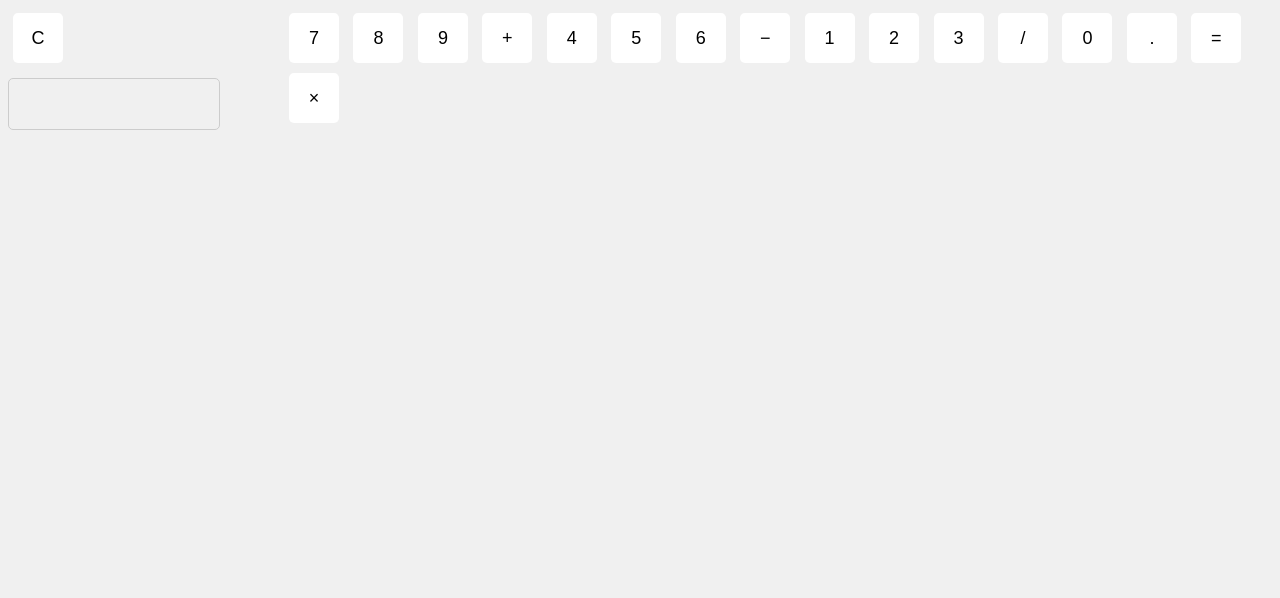
Repository: Burnmyheart/calculator
Page: index.html
An editor plug-in stored every save of this project. The page is shown before and after the next save, followed by the edit.
The browser window is 1280 px wide. The pictures show the whole page.

Above is the page before, as saved 2025-04-28 18:46:48.

### index.html
<!DOCTYPE html>
<html lang="en">
  <head>
    <meta charset="UTF-8" />
    <meta name="viewport" content="width=device-width, initial-scale=1.0" />
    <title>Калькулятор</title>
    <link rel="stylesheet" href="style.css" />
  </head>
  <body>
    <div class="calculator">
      <div class="display-container">
        <button class="button clear" onclick="clearOutput()">C</button>
        <input type="text" id="display" disabled />
      </div>

      <div class="buttons-grid">
        <button class="button" onclick="appendNumber('7')">7</button>
        <button class="button" onclick="appendNumber('8')">8</button>
        <button class="button" onclick="appendNumber('9')">9</button>
        <button class="button operator" onclick="appendOperator('+')">+</button>

        <button class="button" onclick="appendNumber('4')">4</button>
        <button class="button" onclick="appendNumber('5')">5</button>
        <button class="button" onclick="appendNumber('6')">6</button>
        <button class="button operator" onclick="appendOperator('-')">−</button>

        <button class="button" onclick="appendNumber('1')">1</button>
        <button class="button" onclick="appendNumber('2')">2</button>
        <button class="button" onclick="appendNumber('3')">3</button>
        <button class="button operator" onclick="appendOperator('/')">/</button>

        <button class="button" onclick="appendNumber('0')">0</button>
        <button class="button" onclick="appendNumber('.')">.</button>
        <button class="button equals" onclick="calculate()">=</button>
        <button class="button operator" onclick="appendOperator('*')">×</button>
      </div>
    </div>
    <script src="script.js"></script>
  </body>
</html>

### style.css
body {
  display: flex;
  flex-direction: column;
  align-items: center;
  font-family: Arial, sans-serif;
  background-color: #f0f0f0;
}

h1 {
  color: #333;
  margin: 20px 0;
}

#display {
  width: 200px;
  height: 40px;
  margin: 10px 0;
  font-size: 20px;
  text-align: right;
  padding: 5px;
  border: 1px solid #ccc;
  border-radius: 5px;
}

.calculator {
  display: flex;
  gap: 10px;
}

.numbers,
.operations {
  display: flex;
  flex-direction: column;
}

.button {
  width: 50px;
  height: 50px;
  margin: 5px;
  font-size: 18px;
  border: none;
  border-radius: 5px;
  background-color: #fff;
  cursor: pointer;
  transition: background-color 0.2s;
}

.button:hover {
  background-color: #e0e0e0;
}

.button:active {
  background-color: #d0d0d0;
}

### script.js
let display = document.getElementById("display");
let currentInput = "";
let firstNumber = null;
let operator = null;
let newNumber = true;

function appendNumber(num) {
  if (newNumber) {
    display.value = num;
    newNumber = false;
  } else {
    display.value += num;
  }
  currentInput = display.value;
}

function appendOperator(op) {
  if (firstNumber === null) {
    firstNumber = parseFloat(currentInput);
  } else if (!newNumber) {
    calculate();
  }
  operator = op;
  newNumber = true;
}

function calculate() {
  if (operator === null || newNumber) return;

  let secondNumber = parseFloat(currentInput);
  let result;

  switch (operator) {
    case "+":
      result = firstNumber + secondNumber;
      break;
    case "-":
      result = firstNumber - secondNumber;
      break;
    case "*":
      result = firstNumber * secondNumber;
      break;
    case "/":
      if (secondNumber === 0) {
        display.value = "Error";
        return;
      }
      result = firstNumber / secondNumber;
      break;
  }

  display.value = result;
  firstNumber = result;
  newNumber = true;
}

function clearOutput() {
  display.value = "";
  currentInput = "";
  firstNumber = null;
  operator = null;
  newNumber = true;
}

After the next save:
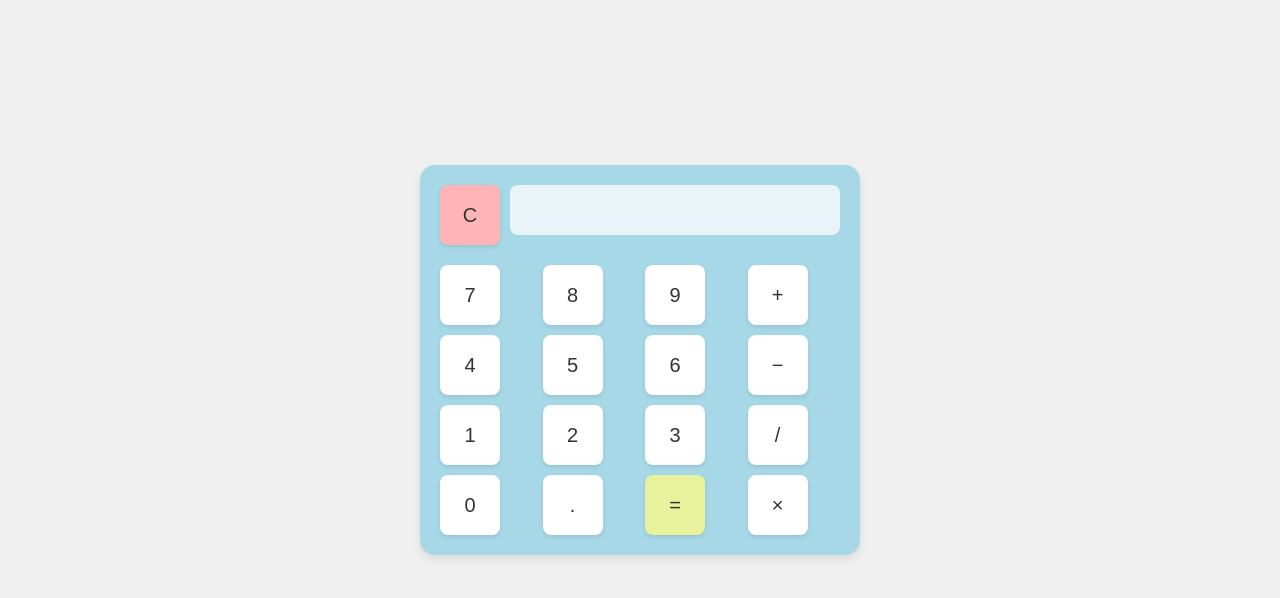
Saved 29 s later.
--- a/style.css
+++ b/style.css
@@ -1,9 +1,11 @@
 body {
   display: flex;
-  flex-direction: column;
+  justify-content: center;
   align-items: center;
+  min-height: 100vh;
+  margin: 0;
+  background-color: #f0f0f0;
   font-family: Arial, sans-serif;
-  background-color: #f0f0f0;
 }
 
 h1 {
@@ -11,44 +13,69 @@ h1 {
   margin: 20px 0;
 }
 
-#display {
-  width: 200px;
-  height: 40px;
-  margin: 10px 0;
-  font-size: 20px;
-  text-align: right;
-  padding: 5px;
-  border: 1px solid #ccc;
-  border-radius: 5px;
+.calculator {
+  background-color: #a7d8e8;
+  padding: 20px;
+  border-radius: 15px;
+  box-shadow: 0 4px 8px rgba(0, 0, 0, 0.1);
 }
 
-.calculator {
+.display-container {
   display: flex;
+  gap: 10px;
+  margin-bottom: 20px;
+}
+
+#display {
+  flex: 1;
+  height: 40px;
+  font-size: 24px;
+  text-align: right;
+  padding: 5px 10px;
+  background-color: #e8f4f8;
+  border: none;
+  border-radius: 8px;
+  color: #333;
+}
+
+.buttons-grid {
+  display: grid;
+  grid-template-columns: repeat(4, 1fr);
   gap: 10px;
 }
 
-.numbers,
-.operations {
-  display: flex;
-  flex-direction: column;
-}
-
 .button {
-  width: 50px;
-  height: 50px;
-  margin: 5px;
-  font-size: 18px;
+  width: 60px;
+  height: 60px;
+  font-size: 20px;
   border: none;
-  border-radius: 5px;
-  background-color: #fff;
+  border-radius: 8px;
+  background-color: white;
+  color: #333;
   cursor: pointer;
-  transition: background-color 0.2s;
+  transition: all 0.2s;
+  box-shadow: 0 2px 4px rgba(0, 0, 0, 0.1);
 }
 
 .button:hover {
-  background-color: #e0e0e0;
+  background-color: #f5f5f5;
+  transform: translateY(-2px);
 }
 
 .button:active {
-  background-color: #d0d0d0;
+  transform: translateY(0);
 }
+
+.operator {
+  background-color: white;
+  color: #333;
+}
+
+.equals {
+  background-color: #e8f19b;
+}
+
+.clear {
+  background-color: #ffb5b5;
+  color: #333;
+}
